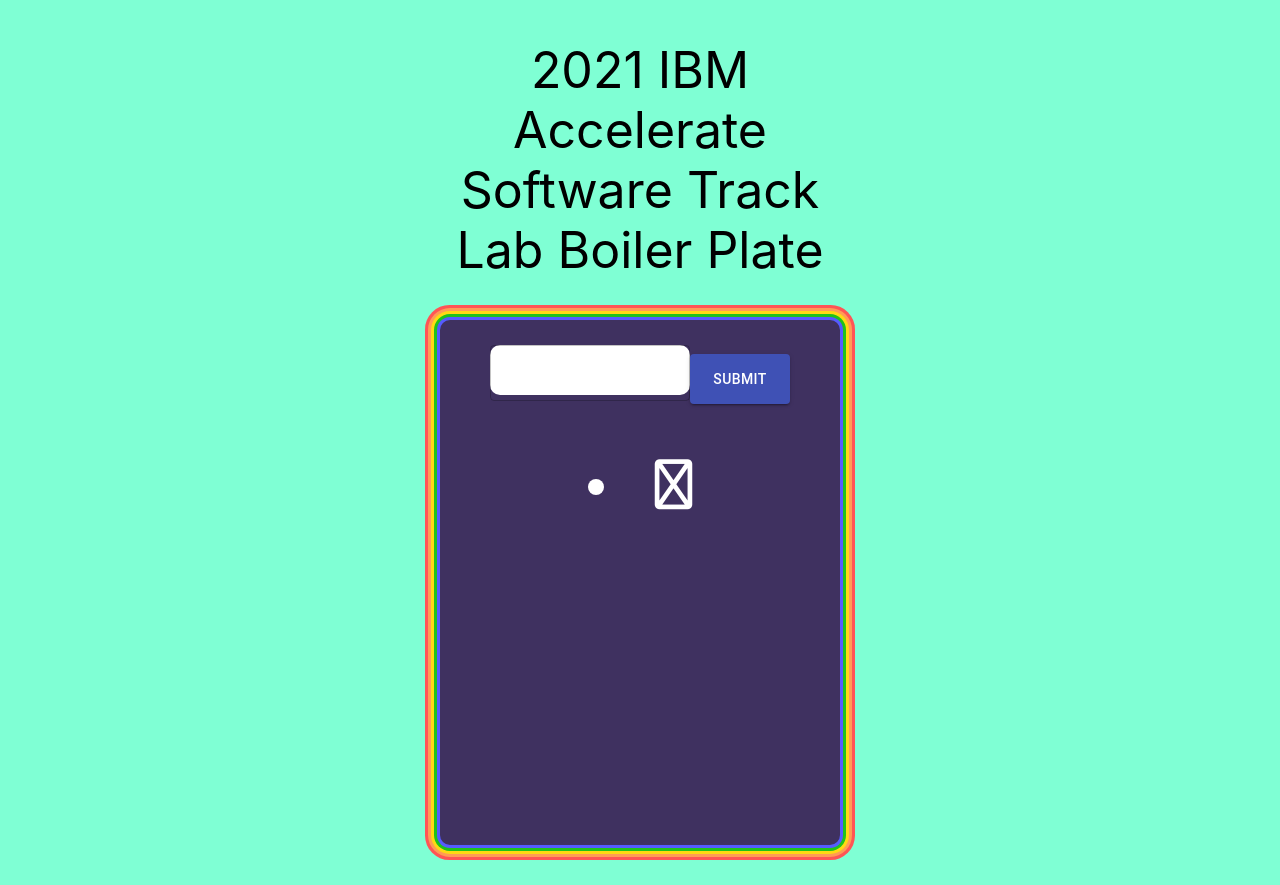
Repository: 2021-IBM-Accelerate-SW-Track/lab-1-team-34
Page: /
The author's editor kept a copy of each file at every save. The page is drawn from the files as they stood at one save, then again after the next save.
The browser window is 1280 px wide. The pictures show the whole page.
Some web libraries are served in a nearby version. The project was rebuilt for these pictures with package versions that can differ from the ones it lists, and the page was loaded fresh each time.

Above is the page before, as saved 2021-06-13 21:17:20.

### public/index.html
<!DOCTYPE html>
<html lang="en">
  <head>
    <meta charset="utf-8" />
    <meta name="viewport" content="width=device-width, initial-scale=1" />
    <meta name="theme-color" content="#000000" />
    <meta
      name="description"
      content="Web site created using create-react-app"
    />
    <script src="https://kit.fontawesome.com/b9d1aed08a.js" crossorigin="anonymous"></script>

    <!--
      manifest.json provides metadata used when your web app is installed on a
      user's mobile device or desktop. See https://developers.google.com/web/fundamentals/web-app-manifest/
    -->
    <!--
      Notice the use of %PUBLIC_URL% in the tags above.
      It will be replaced with the URL of the `public` folder during the build.
      Only files inside the `public` folder can be referenced from the HTML.

      Unlike "/favicon.ico" or "favicon.ico", "%PUBLIC_URL%/favicon.ico" will
      work correctly both with client-side routing and a non-root public URL.
      Learn how to configure a non-root public URL by running `npm run build`.
    -->
    <title>React App</title>
  </head>
  <body>
    <noscript>You need to enable JavaScript to run this app.</noscript>
    <div id="root"></div>
    <!--
      This HTML file is a template.
      If you open it directly in the browser, you will see an empty page.

      You can add webfonts, meta tags, or analytics to this file.
      The build step will place the bundled scripts into the <body> tag.

      To begin the development, run `npm start` or `yarn start`.
      To create a production bundle, use `npm run build` or `yarn build`.
    -->
  </body>
</html>

### src/App.js
// import Header from "./component/header";
import Page from "./Pages/UI";

import "./App.css";

function App() {
  return (
    <div className="App">
      <Page />
    </div>
  );
}

export default App;

### src/Pages/UI/index.js
import Page from "./page";

export default Page;

### src/App.css
.App {
  text-align: center;
  background: aquamarine;
  font-size: 50px;
}

body {
  margin: 0;
  font-family: -apple-system, BlinkMacSystemFont, "Segoe UI", "Roboto", "Oxygen",
    "Ubuntu", "Cantarell", "Fira Sans", "Droid Sans", "Helvetica Neue",
    sans-serif;
  -webkit-font-smoothing: antialiased;
  -moz-osx-font-smoothing: grayscale;
}

code {
  font-family: source-code-pro, Menlo, Monaco, Consolas, "Courier New",
    monospace;
}
html {
  background: aquamarine;
}

### src/Pages/UI/page.js
import React from "react";
import Header from "../../component/header/header"; // no target file, targets index.js
import Input from "../../component/Input";

function page(props) {
  return (
    <div>
      <Header />
      <Input />
    </div>
  );
}

export default page;

### src/component/header/header.js
export default function Header() {
  return (
    <div className="header">
      2021 IBM Accelerate Software Track Lab Boiler Plate
    </div>
  );
}

### src/component/Input/index.js
import Input from "./input";

export default Input;

### src/component/Input/input.js
import { TextField, Button } from "@material-ui/core";
import React, { useState } from "react";
import "./input.css";
// import { FaGithub } from "react-icons/fa";
import { FontAwesomeIcon } from "@fortawesome/react-fontawesome";
const initialTodo = [""];

function Input(props) {
  const [input, setInput] = useState("");
  const [list, setTodo] = React.useState(initialTodo);

  function handleAdd() {
    const newList = list;
    newList.push(input);
    setTodo(newList);
    console.log(list);
    setInput("");
    handleClear();
    // debugger;
  }

  const handleClear = () => {
    Array.from(document.querySelectorAll("input")).forEach((input) => {
      input.value = "";
    });
    Array.from(document.querySelectorAll("textarea")).forEach((textarea) => {
      textarea.value = "";
    });
  };
  return (
    <div className="inputcolor">
      <TextField
        className="inputtext"
        onKeyPress={(event) => {
          if (event.key === "Enter") {
            handleAdd();
          }
        }}
        onChange={(event) => {
          setInput(event.target.value);
          console.log(input);
        }}
        label=""
        variant="outlined"
      />

      <Button
        onClick={handleAdd}
        variant="contained"
        color="primary"
        className="button"
      >
        Submit
      </Button>

      <div className="list">
        <p className="container">
          {list &&
            list.map((item, index) => {
              return (
                <div className="line">
                  <li className="list" key={index}>
                    {item}
                    {""}
                  </li>
                </div>
              );
            })}
        </p>
      </div>
      {/* list not updating quick but data does get added */}
    </div>
  );
}

export default Input;

### src/component/Input/input.css
.inputcolor {
  background-color: #3f3160;
  min-height: 500px;
  width: 400px;
  margin: 40px auto;
  padding-top: 25px;
  border-radius: 10px;

  box-shadow: rgb(85, 91, 255) 0px 0px 0px 3px, rgb(31, 193, 27) 0px 0px 0px 6px,
    rgb(255, 217, 19) 0px 0px 0px 9px, rgb(255, 156, 85) 0px 0px 0px 12px,
    rgb(255, 85, 85) 0px 0px 0px 15px;
}

/* @keyframes pulse {
  from {
    transform: scale3d(1, 1, 1);
  }

  50% {
    transform: scale3d(1.05, 1.05, 1.05);
  }

  to {
    transform: scale3d(1, 1, 1);
  }
}
.App > div > .inputcolor {
  animation: pulse 3400ms linear infinite both;
} */
.inputtext {
  background-color: #ffffff;
  border: 0;
  color: #fff;
  width: 200px;

  height: 50px;
  margin: 20px;
  padding: 0 20px;
  font-size: 18px;
  border-radius: 10px;
  padding-right: 10px;
}
.container {
  padding-top: 0px;
  padding-bottom: 30px;
}
.list {
  color: white;
  text-align: center;
}

ul li {
  padding: 10px 0px;
}

li:before {
  content: "\f00c";
  font-family: "Font Awesome 5 Free";
}

.App {
  background-color: #fec9bb;
  min-height: 500px;
  width: 400px;
  margin: 40px auto;
}
.button {
  background-color: rgba(27, 112, 137, 1);
  border: 0;
  color: #fff;
  width: 100px;

  height: 50px;
  margin: 20px;
  padding: 0 20px;
  font-size: 18px;
  border-radius: 10px;
}

Loaded but not shown: src/index.js (common file)

After the next save:
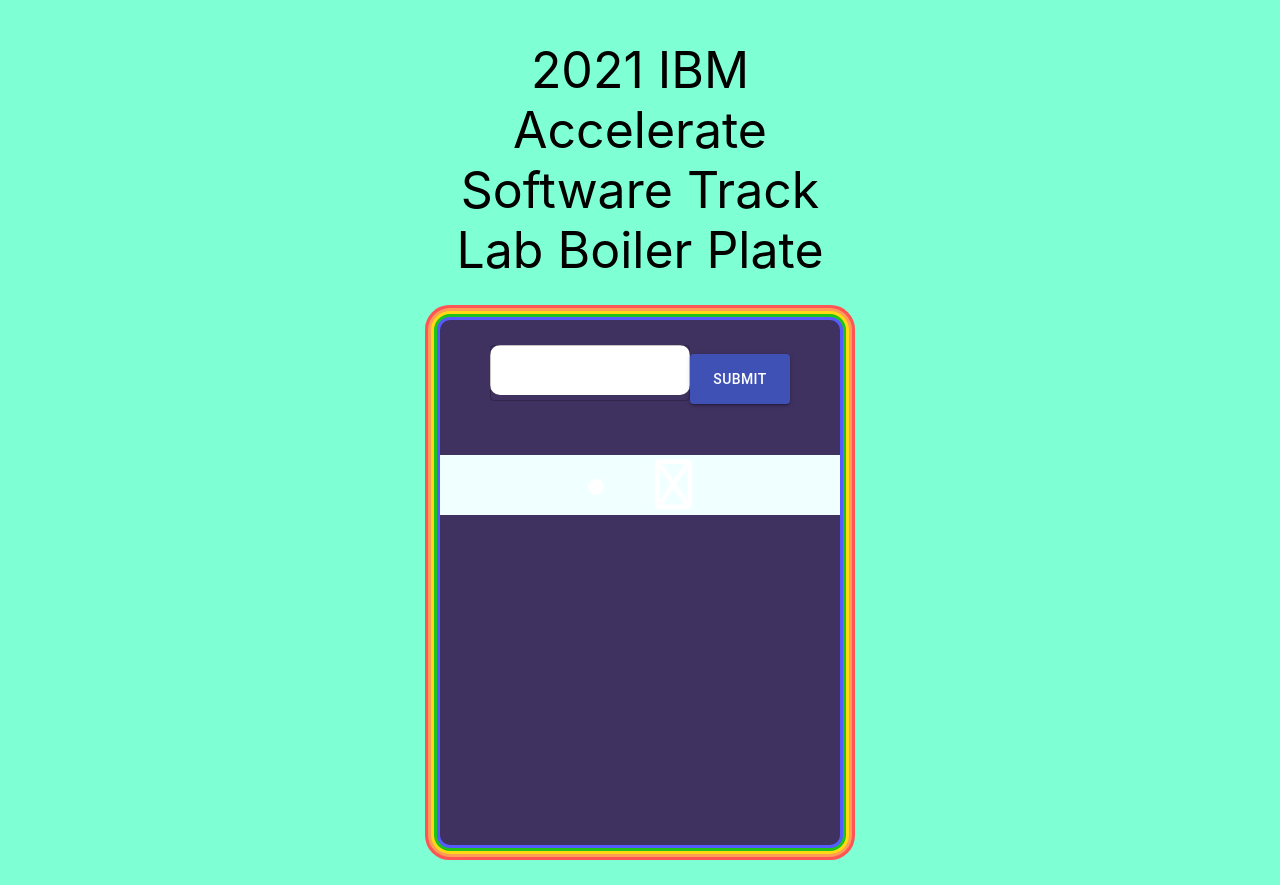
Saved 26 s later.
--- a/src/component/Input/input.css
+++ b/src/component/Input/input.css
@@ -27,6 +27,9 @@
 .App > div > .inputcolor {
   animation: pulse 3400ms linear infinite both;
 } */
+.line {
+  background-color: azure;
+}
 .inputtext {
   background-color: #ffffff;
   border: 0;
